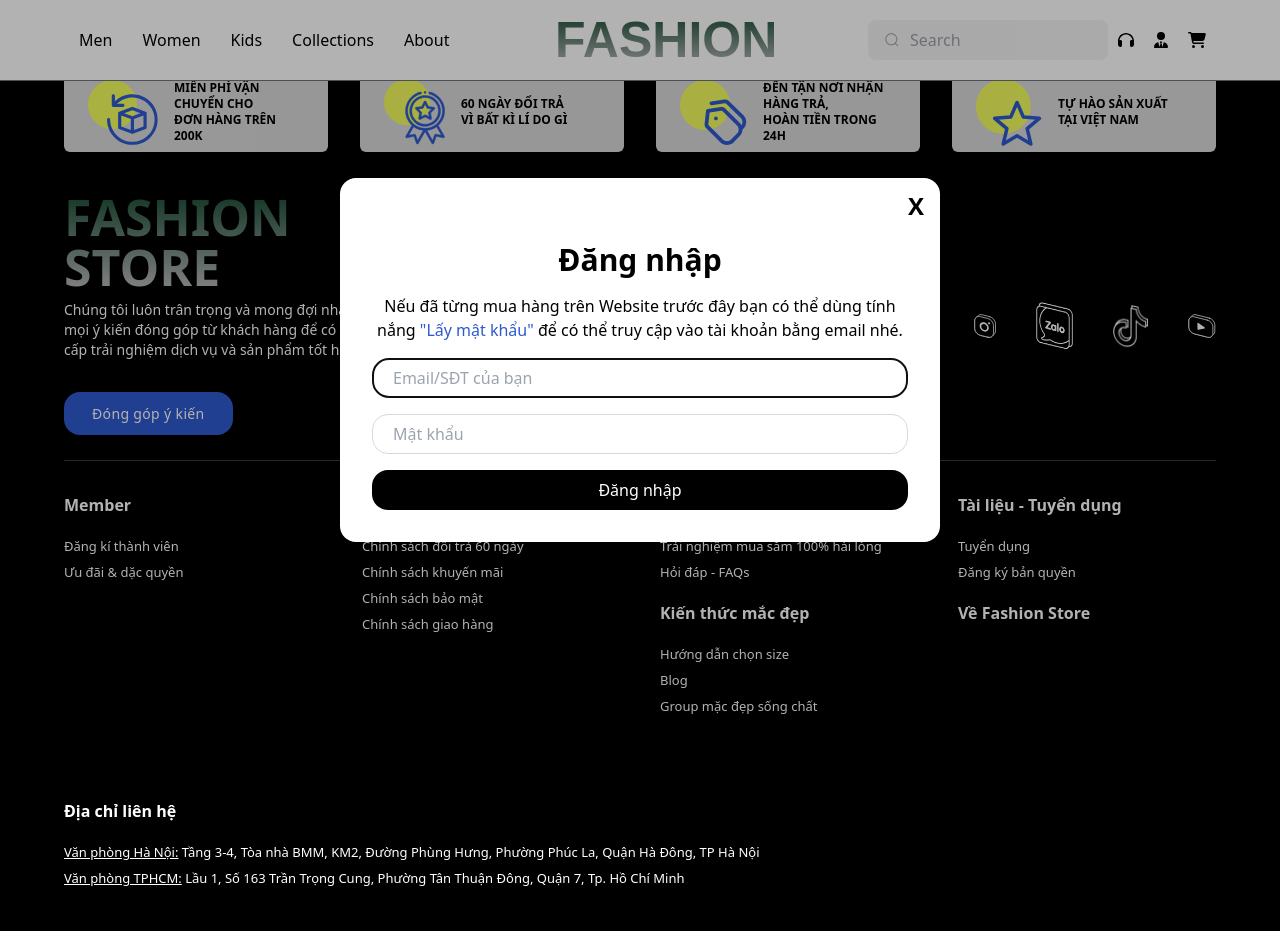
Repository: VuSnow/Software_Engineering
Page: /forgorPassword
These files come from the project's save history. The page is drawn as it stood at one moment and after the next save; the edit follows.
The browser window is 1280 px wide. The pictures show the whole page.
The project was rebuilt for these pictures with package versions that can differ from the ones it lists, and the page was loaded fresh each time. The framework's server and built-in components were replaced by stand-ins that run in the browser. Also part of the build but not shown: next.config.js, src/components/cart/CartItem/CartItem.tsx, src/components/cart/Cart.tsx, src/app/Login/page.tsx, src/app/register/page.tsx.

Above is the page before, as saved 2023-06-26 16:08:12.

### src/app/layout.tsx
"use client";
import Header from "@/components/header/Header";
import "./globals.css";
import { Inter } from "next/font/google";
import Footer from "@/components/footer/Footer";

const inter = Inter({ subsets: ["latin"] });

export const metadata = {
  title: "Create Next App",
  description: "Generated by create next app",
};
export default function RootLayout({
  children,
}: {
  children: React.ReactNode;
}) {
  return (
    <html lang="en">
      <body>
        <Header />
        {children}
        <Footer />
      </body>
    </html>
  );
}

### src/app/forgorPassword/page.tsx
import React, { useState } from "react";
import Link from "next/link";
import Image from "next/image";
import facebookIcon from "@/app/Login/facebook.svg";
import googleIcon from "@/app/Login/google.svg";

interface ForgotModal {
  setShowForgotPassword: (value: boolean) => void;
}

const ForgotPassword = ({ setShowForgotPassword }: ForgotModal) => {
  return (
    <div className="loginModal fixed w-full h-full top-0 left-0 z-[150]">
      <div className="backdrop w-full h-full bg-[rgba(0,0,0,.3)]"></div>
      <div
        className="pop-up-body absolute top-1/2 left-1/2 w-[50vw] max-w-[600px] bg-white p-8 rounded-2xl max-h-[95vh] overflow-y-auto overflow-x-hidden"
        style={{ transform: "translate(-50%, -50%)" }}
      >
        <span
          className="close-popup cursor-pointer absolute top-3 right-4 text-2xl font-bold"
          onClick={() => setShowForgotPassword(false)}
        >
          X
        </span>
        <div>
          <div className="form-container">
            <form id="login-form">
              <div className="login-heading mb-4 text-center">
                <div className="title text-3xl font-bold mx-0 mb-4 mt-8">
                  Đăng nhập
                </div>
                <div className="subtitle">
                  Nếu đã từng mua hàng trên Website trước đây bạn có thể dùng
                  tính nắng{" "}
                  <Link
                    href="/"
                    className="text-[#2f5acf] cursor-pointer duration-200 delay-0 transition-all ease-in-out"
                  >
                    "Lấy mật khẩu"
                  </Link>{" "}
                  để có thể truy cập vào tài khoản bằng email nhé.
                </div>
              </div>
              <div className="form-group mb-4">
                <input
                  type="text"
                  name="email"
                  placeholder="Email/SĐT của bạn"
                  autoFocus
                  className="form-control bg-white border border-solid border-[#d9d9d9] box-border rounded-2xl h-10 w-full py-[5px] px-5 transition-all delay-0 duration-200 ease-in-out"
                />
              </div>
              <div className="form-group">
                <input
                  type="password"
                  name="password"
                  placeholder="Mật khẩu"
                  className="form-control bg-white border border-solid border-[#d9d9d9] box-border rounded-2xl h-10 w-full py-[5px] px-5 transition-all delay-0 duration-200 ease-in-out"
                />
              </div>
              <button className="login-btn block rounded-2xl h-10 w-full py-[5px] px-5 bg-black text-white text-center border-0 cursor-pointer transition-all delay-0 duration-200 ease-in-out mt-4">
                Đăng nhập
              </button>
            </form>
          </div>
        </div>
      </div>
    </div>
  );
};

export default ForgotPassword;

### src/components/header/Header.tsx
import React, { useState, useEffect, useContext } from "react";
import { FontAwesomeIcon } from "@fortawesome/react-fontawesome";
import {
  faBars,
  faHeadphones,
  faUserTie,
  faCartShopping,
  faXmark,
  faPlus,
  faMinus,
} from "@fortawesome/free-solid-svg-icons";
import Cart from "../cart/Cart";
import Login from "@/app/Login/page";
import Register from "@/app/register/page";
import ForgotPassword from "@/app/forgorPassword/page";
const Header = () => {
  const [showLoginModal, setShowLoginModal] = useState<Boolean>(false);
  const [showRegisterModal, setShowRegisterModal] = useState<Boolean>(false);
  const [showForgotPassword, setShowForgotPassword] = useState<Boolean>(false);
  const [classNav, setClassNav] = useState<String>(
    "opacity-0 invisible -left-full"
  );
  const [showCart, setShowCart] = useState(false);
  const showNav = () => {
    setClassNav("opacity-1 visible left-0");
  };
  const closeNav = () => {
    setClassNav("opacity-0 invisible -left-full");
  };
  return (
    <>
      {showLoginModal ? (
        <Login
          setShowLoginModal={setShowLoginModal}
          setShowRegisterModal={setShowRegisterModal}
          setShowForgotPassword={setShowForgotPassword}
        />
      ) : null}
      {showRegisterModal ? (
        <Register
          setShowRegisterModal={setShowRegisterModal}
          setShowLoginModal={setShowLoginModal}
        />
      ) : null}
      {showForgotPassword ? (
        <ForgotPassword setShowForgotPassword={setShowForgotPassword} />
      ) : null}
      <header className="text-black mb-4 fixed block top-0 left-0 right-0 bg-white w-full border-b border-gray-500 z-[99] px-[5%]">
        <div className="flex tablet: justify-between h-20 items-center mr-auto ml-auto max-w-full">
          <nav className="main-menu">
            <div className="mobile-menu cursor-pointer max-tablet:block hidden">
              <FontAwesomeIcon icon={faBars} size="2xl" onClick={showNav} />
            </div>
            <ul className="menu max-tablet:hidden flex">
              <li className="p-[15px] cursor-pointer">Men</li>
              <li className="p-[15px] cursor-pointer">Women</li>
              <li className="p-[15px] cursor-pointer">Kids</li>
              <li className="p-[15px] cursor-pointer">Collections</li>
              <li className="p-[15px] cursor-pointer">About</li>
            </ul>
            <div
              className={`sub-mobile-menu fixed top-0 right-0 bottom-[45px] bg-white z-[1000] pt-16 pr-4 pb-0 pl-4 ${classNav} overflow-y-auto`}
            >
              <div className="box-action bg-[#343a40] flex items-center justify-center rounded-tl-xl h-12 rounded-br-xl mb-[30px]">
                <a
                  href="#"
                  className="action-login text-white text-center text-[18px]"
                >
                  Đăng nhập
                </a>
              </div>
              <ul className="menu-mb">
                <li className="mb-[30px] pr-2 flex justify-between">
                  <a href="#">Men </a>
                  <span className="arrow">
                    <FontAwesomeIcon icon={faPlus} />
                    <FontAwesomeIcon icon={faMinus} className="hidden" />
                  </span>
                </li>
                <li className="mb-[30px] pr-2 flex justify-between">
                  <a href="#">Women </a>
                  <span className="arrow">
                    <FontAwesomeIcon icon={faPlus} />
                    <FontAwesomeIcon icon={faMinus} className="hidden" />
                  </span>
                </li>
                <li className="mb-[30px] pr-2 flex justify-between">
                  <a href="#">Kids </a>
                  <span className="arrow">
                    <FontAwesomeIcon icon={faPlus} />
                    <FontAwesomeIcon icon={faMinus} className="hidden" />
                  </span>
                </li>
                <li className="mb-[30px] pr-2 flex justify-between">
                  <a href="#">Collections </a>
                  <span className="arrow">
                    <FontAwesomeIcon icon={faPlus} />
                    <FontAwesomeIcon icon={faMinus} className="hidden" />
                  </span>
                </li>
                <li className="mb-[30px] pr-2 flex justify-between">
                  <a href="#">About </a>
                  <span className="arrow">
                    <FontAwesomeIcon icon={faPlus} />
                    <FontAwesomeIcon icon={faMinus} className="hidden" />
                  </span>
                </li>
              </ul>
              <div className="close-menu absolute top-[25px] left-[25px] text-[24px] text-black">
                <FontAwesomeIcon icon={faXmark} onClick={closeNav} />
              </div>
            </div>
          </nav>
          <div className="logo-brand">
            <a
              href="/"
              className="font-bold font-kumbhsan"
              style={{
                fontSize: "50px",
                background: "linear-gradient(to bottom, #194c33, #bbb)",
                WebkitBackgroundClip: "text",
                WebkitTextFillColor: "transparent",
                textTransform: "uppercase",
              }}
            >
              Fashion
            </a>
          </div>
          <div className="right-header flex">
            <form
              action="search"
              name="form-search"
              className="flex leading-7 items-center relative max-w-[240px] max-mobile:hidden"
            >
              <svg
                className="icon absolute left-4 fill-[#9e9ea7] w-4 h-4"
                aria-hidden="true"
                viewBox="0 0 24 24"
              >
                <g>
                  <path d="M21.53 20.47l-3.66-3.66C19.195 15.24 20 13.214 20 11c0-4.97-4.03-9-9-9s-9 4.03-9 9 4.03 9 9 9c2.215 0 4.24-.804 5.808-2.13l3.66 3.66c.147.146.34.22.53.22s.385-.073.53-.22c.295-.293.295-.767.002-1.06zM3.5 11c0-4.135 3.365-7.5 7.5-7.5s7.5 3.365 7.5 7.5-3.365 7.5-7.5 7.5-7.5-3.365-7.5-7.5z"></path>
                </g>
              </svg>
              <input
                type="text"
                placeholder="Search"
                className=" w-full h-[40px] leading-7 p-0 pl-10 pr-4 border-2 border-solid border-transparent rounded-lg outline-none bg-[#f3f3f4] text-[#0d0c22] transition-all placeholder:text-[#9e9ea7] focus:outline-none focus:border-[rgba(234,76,137,0.4)] focus:bg-white focus:shadow-md"
              />
            </form>
            <div className="header-action flex">
              <div className="item wallet m-[10px] max-mobile:hidden cursor-pointer">
                <FontAwesomeIcon icon={faHeadphones} />
              </div>
              <div
                className="item person m-[10px] cursor-pointer"
                onClick={() => setShowLoginModal(!showLoginModal)}
              >
                <FontAwesomeIcon icon={faUserTie} />
              </div>
              <div
                className="item cart m-[10px] cursor-pointer"
                onClick={() => setShowCart(true)}
              >
                <FontAwesomeIcon icon={faCartShopping} />
              </div>
            </div>
          </div>
        </div>
      </header>
      {showCart && <Cart setShowCart={setShowCart} />}
    </>
  );
};

export default Header;

### src/app/globals.css
@tailwind base;
@tailwind components;
@tailwind utilities;

:root {
  --foreground-rgb: 0, 0, 0;
  --background-start-rgb: 214, 219, 220;
  --background-end-rgb: 255, 255, 255;
}

@media (prefers-color-scheme: dark) {
  :root {
    --foreground-rgb: 255, 255, 255;
    --background-start-rgb: 0, 0, 0;
    --background-end-rgb: 0, 0, 0;
  }
}
body {
  display: flex;
  flex-direction: column;
  justify-content: space-between;
}

### src/components/footer/Footer.tsx
import React from "react";
import logo from "./logo.png";
import Image from "next/image";
import Link from "next/link";
import dmca from "./dmca.png";
import congthuong from "./img-congthuong.png";
import hotlineIcon from "./icon-hotline.svg";
import emailIcon from "./icon-email.svg";
import facebookIcon from "./facebook.webp";
import zaloIcon from "./zalo.webp";
import instaIcon from "./icon-instar.svg";
import youtubeIcon from "./icon-youtube.svg";
import tiktokIcon from "./tiktok.webp";
import HomepageService from "../HomepageService/HomepageService";

const Footer = () => {
  return (
    <footer className="text-white flex justify-center items-center bg-black px-[5%] leading-[160%] mt-8">
      <div className="container-footer w-full">
        <HomepageService />
        <div className="footer-top text-sm">
          <div className="top-sidebar flex justify-between items-center gap-[8%] mb-8 w-full border-b border-[#d9d9d942] desktop:flex-col desktop:items-start">
            <div className="flex-[1]">
              <h4
                className=" font-semibold text-[22px] mb-2 text-[#fff] leading-[100%]"
                style={{
                  fontSize: "50px",
                  background: "linear-gradient(to bottom, #194c33, #bbb)",
                  WebkitBackgroundClip: "text",
                  WebkitTextFillColor: "transparent",
                  textTransform: "uppercase",
                }}
              >
                Fashion Store
              </h4>
              <p className="description font-normal text-left mb-8">
                Chúng tôi luôn trân trọng và mong đợi nhận được mọi ý kiến đóng
                góp từ khách hàng để có thể nâng cấp trải nghiệm dịch vụ và sản
                phẩm tốt hơn nữa.
              </p>
              <Link
                href="#"
                target="_blank"
                className="support-btn inline-flex justify-center items-center h-[43px] bg-[#2f5acf] rounded-2xl py-0 px-7 font-medium tracking-wide mb-[25px] border-0"
              >
                Đóng góp ý kiến
              </Link>
            </div>
            <div className=" flex justify-between w-full flex-[2] items-center max-tablet:flex-col max-tablet:items-start max-tablet:gap-6 max-tablet:mb-8 gap-10">
              <div className="flex-[1]">
                <div className="hotline flex gap-8 items-center w-fit font-medium text-[13px] leading-[160%] tracking-wide mb-3 justify-start">
                  <div className="icon h-8 w-8">
                    <Image src={hotlineIcon} alt="Hotline Icon" />
                  </div>
                  <div className="content">
                    <span>Hotline</span>
                    <p className="description block text-[1.2rem] font-semibold">
                      <Link href="tel: 0366032936">036.603.2936</Link>-
                      <Link href="tel: 0968174381">0968.174.381</Link>
                      <br />
                      <span>(8:30 - 22:30)</span>
                    </p>
                  </div>
                </div>
                <div className="email flex gap-8 items-center font-medium text-[13px] leading-[160%] tracking-wide mb-3 justify-start">
                  <div className="icon h-8 w-8">
                    <Image src={emailIcon} alt="Email Icon" />
                  </div>
                  <div className="content ">
                    <span>Email</span>
                    <p className=" text-[1.2rem] font-semibold">
                      <Link href="mailto: vm.dung.learning@gmail.com">
                        vm.dung.learning@gmail.com
                      </Link>
                    </p>
                  </div>
                </div>
              </div>
              <div className="social mt-0 h-[130px] flex justify-end items-center flex-[1] gap-10">
                <Link
                  href="https://www.facebook.com/dung.vuminh.315080/"
                  className="flex justify-center items-center"
                  target="_blank"
                >
                  <Image
                    src={facebookIcon}
                    alt=""
                    className=" max-h-[100px] w-full min-h-[50px]"
                  />
                </Link>
                <Link
                  href="https://www.instagram.com/v.m.dung.36/"
                  className="flex justify-center items-center"
                  target="_blank"
                >
                  <Image
                    src={instaIcon}
                    alt=""
                    className=" max-h-[100px] w-full min-h-[50px]"
                  />
                </Link>
                <Link
                  href="https://zalo.me/0366032936"
                  className="flex justify-center items-center"
                  target="_blank"
                >
                  <Image
                    src={zaloIcon}
                    alt=""
                    className=" max-h-[100px] w-full min-h-[50px]"
                  />
                </Link>
                <Link
                  href="https://www.instagram.com/v.m.dung.36/"
                  className="flex justify-center items-center"
                  target="_blank"
                >
                  <Image
                    src={tiktokIcon}
                    alt=""
                    className=" max-h-[100px] w-full min-h-[50px]"
                  />
                </Link>
                <Link
                  href="https://www.instagram.com/v.m.dung.36/"
                  className="flex justify-center items-center"
                  target="_blank"
                >
                  <Image
                    src={youtubeIcon}
                    alt=""
                    className=" max-h-[100px] w-full min-h-[50px]"
                  />
                </Link>
              </div>
            </div>
          </div>
          <div className="top-menu"></div>
        </div>
        <div className="footer-bottom">
          <div className="footer-menu flex justify-between flex-wrap gap-10">
            <div className="footer-item flex-[1] text-[13px] leading-[200%] text-[d9d9d9] min-w-[200px] mb-10">
              <h4 className="text-[#fff] font-semibold mb-4 mt-0 text-base">
                Member
              </h4>
              <ul>
                <li>Đăng kí thành viên</li>
                <li>Ưu đãi & dặc quyền</li>
              </ul>
            </div>
            <div className="footer-item flex-[1] text-[13px] leading-[200%] text-[d9d9d9] min-w-[200px] mb-10">
              <h4 className="text-[#fff] font-semibold mb-4 mt-0 text-base">
                Chính sách
              </h4>
              <ul>
                <li>Chính sách đổi trả 60 ngày</li>
                <li>Chính sách khuyến mãi</li>
                <li>Chính sách bảo mật</li>
                <li>Chính sách giao hàng</li>
              </ul>
            </div>
            <div className="footer-item flex-[1] text-[13px] leading-[200%] text-[d9d9d9] min-w-[200px] mb-10">
              <h4 className="text-[#fff] font-semibold mb-4 mt-0 text-base">
                Chăm sóc khách hàng
              </h4>
              <ul>
                <li>Trải nghiệm mua sắm 100% hài lòng</li>
                <li>Hỏi đáp - FAQs</li>
              </ul>
              <h4 className="text-[#fff] font-semibold mb-4 text-base mt-4">
                Kiến thức mắc đẹp
              </h4>
              <ul>
                <li>Hướng dẫn chọn size</li>
                <li>Blog</li>
                <li>Group mặc đẹp sống chất</li>
              </ul>
            </div>
            <div className="footer-item flex-[1] text-[13px] leading-[200%] text-[d9d9d9] min-w-[200px] mb-10">
              <h4 className="text-[#fff] font-semibold mb-4 mt-0 text-base">
                Tài liệu - Tuyển dụng
              </h4>
              <ul>
                <li>Tuyển dụng</li>
                <li>Đăng ký bản quyền</li>
              </ul>
              <h4 className="text-[#fff] font-semibold mb-4 text-base mt-4">
                Về Fashion Store
              </h4>
            </div>
            <div className="footer-item flex-[1] text-[13px] leading-[200%] text-[d9d9d9] min-w-[200px] mb-10">
              <h4 className="text-[#fff] font-semibold mb-4 mt-0 text-base">
                Địa chỉ liên hệ
              </h4>
              <p>
                <u>Văn phòng Hà Nội:</u> Tầng 3-4, Tòa nhà BMM, KM2, Đường Phùng
                Hưng, Phường Phúc La, Quận Hà Đông, TP Hà Nội
              </p>
              <p>
                <u>Văn phòng TPHCM:</u> Lầu 1, Số 163 Trần Trọng Cung, Phường
                Tân Thuận Đông, Quận 7, Tp. Hồ Chí Minh
              </p>
            </div>
          </div>
        </div>
      </div>
    </footer>
  );
};

export default Footer;

Loaded but not shown: tailwind.config.js (39 lines, source omitted); src/components/HomepageService/HomepageService.tsx (143 lines, source omitted)

After the next save:
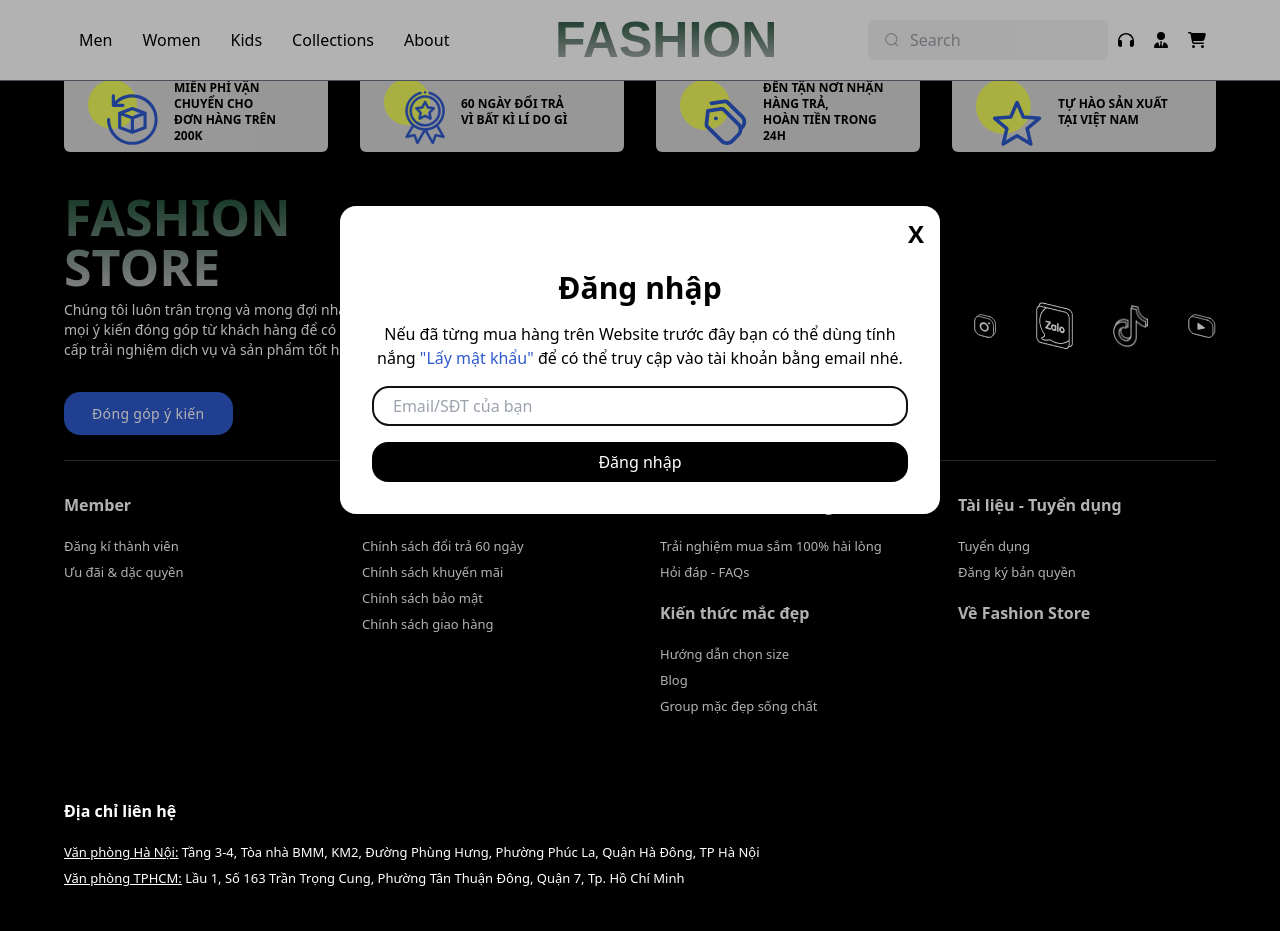
Saved 15 s later.
--- a/src/app/forgorPassword/page.tsx
+++ b/src/app/forgorPassword/page.tsx
@@ -50,14 +50,7 @@
                   className="form-control bg-white border border-solid border-[#d9d9d9] box-border rounded-2xl h-10 w-full py-[5px] px-5 transition-all delay-0 duration-200 ease-in-out"
                 />
               </div>
-              <div className="form-group">
-                <input
-                  type="password"
-                  name="password"
-                  placeholder="Mật khẩu"
-                  className="form-control bg-white border border-solid border-[#d9d9d9] box-border rounded-2xl h-10 w-full py-[5px] px-5 transition-all delay-0 duration-200 ease-in-out"
-                />
-              </div>
+
               <button className="login-btn block rounded-2xl h-10 w-full py-[5px] px-5 bg-black text-white text-center border-0 cursor-pointer transition-all delay-0 duration-200 ease-in-out mt-4">
                 Đăng nhập
               </button>
